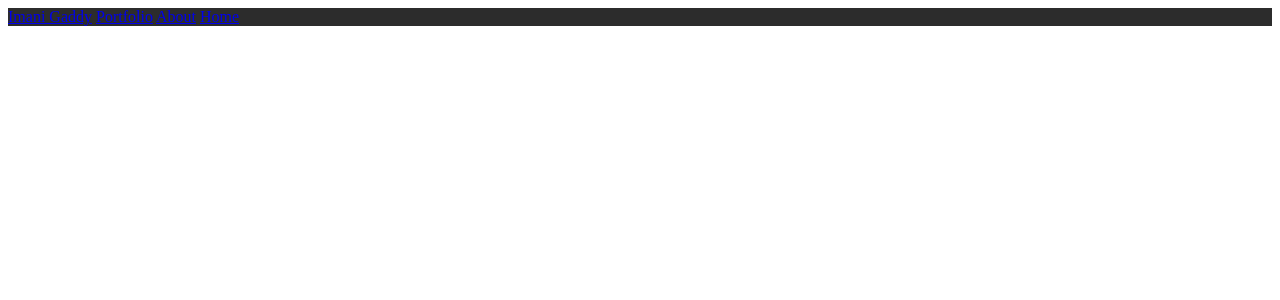
Repository: website-dev-team/website-repo
Page: personal_site/portfolio.html
These files come from the project's save history. The page is drawn as it stood at one moment and after the next save; the edit follows.
The browser window is 1280 px wide. The pictures show the whole page.

Above is the page before, as saved 2024-07-13 04:29:38.

### personal_site/portfolio.html
<!DOCTYPE html>
<html lang="en">
<head>
    <meta charset="UTF-8">
    <meta name="viewport" content="width=device-width, initial-scale=1.0">
    <title>My Personal Website</title>
    <link rel="stylesheet" href="style.css">
</head>
<body>
    <header>
        <nav class="navbar">
            <a href="#">Imani Gaddy</a>
            <a href="./portfolio.html" class="nav-item">Portfolio</a>
            <a href="./about.html" class="nav-item">About</a>
            <a href="./home.html" class="nav-item">Home</a>
        </nav>
    </header>

</body>
</html>

### personal_site/style.css
.navbar {
    background-color: #2c2c2c;
}

After the next save:
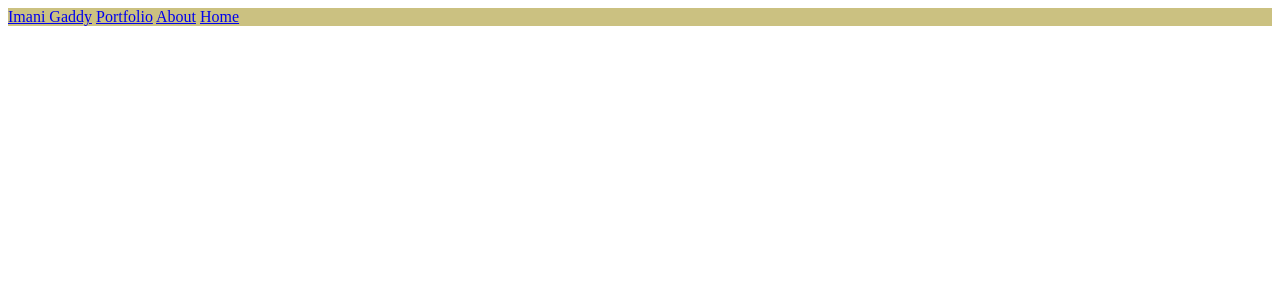
Saved 7 min 28 s later.
--- a/personal_site/style.css
+++ b/personal_site/style.css
@@ -1,3 +1,4 @@
 .navbar {
-    background-color: #2c2c2c;
+    background-color: #cbc181;
+    overflow: hidden;
 }
